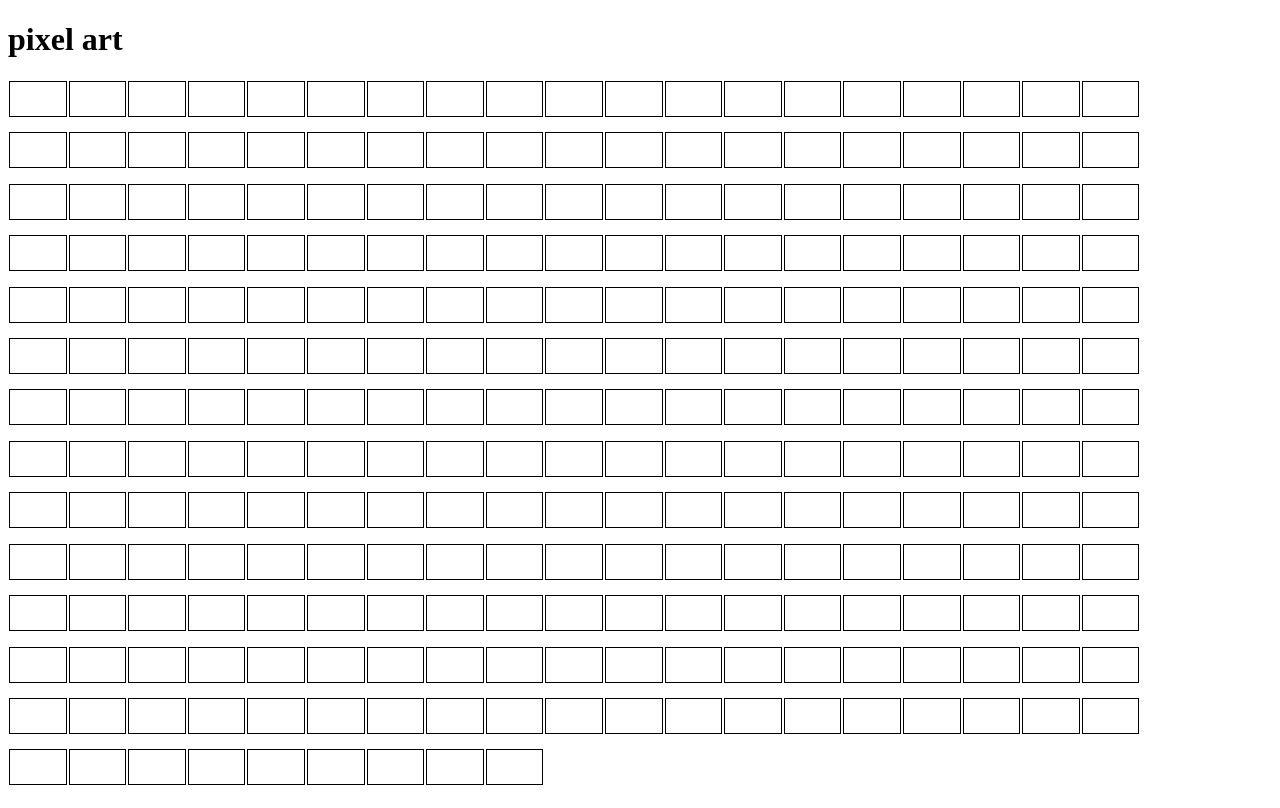
Repository: bechara611/pixelartdb
Page: /
An editor plug-in stored every save of this project. The page is shown before and after the next save, followed by the edit.
The browser window is 1280 px wide. The pictures show the whole page.
The project was rebuilt for these pictures with package versions that can differ from the ones it lists, and the page was loaded fresh each time. Also part of the build but not shown: vite.config.js.

Above is the page before, as saved 2023-03-05 19:47:23.

### src/main.jsx
import React from 'react'
import ReactDOM from 'react-dom/client'
import App from './App'


ReactDOM.createRoot(document.getElementById('root')).render(

    <App />

)

### src/App.jsx

import { useState } from 'react'
import './App.css'
import { Pixel } from './Pixel'

const App=()=> {
const  [pixels, setPixels] = useState(
  Array.from({length:16*16})
)
const funcionArray=(index)=>{
  let nuevoArray = [...pixels]
  console.log(index)
 console.log(!nuevoArray[index])
}

  return (
    <>
      <h1>pixel art</h1>

      <div className="contenedor">
      {
        pixels.map((a,index)=>{
          return <Pixel key={index}
                  funcion={()=>funcionArray(index)}
          ></Pixel>
        })
      }

      </div>
    </>
  )
}

export default App

### src/App.css

.pixel{
  width: calc(100%/20);
  height: calc(100%/20);
  border: 1px solid black;
  margin: 1px;
  box-sizing: border-box;

}
.active{
  background: green;
}

.contenedor{

  display: flex;
  flex-direction: row;
  flex-wrap: wrap;


width: 90vw;
height: 100vh;

}

### src/Pixel.jsx
import React, { useState } from 'react'
import './App.css'
import {selectableGroup, createSelectable} from 'react-selectable-fast'
export const Pixel = (props) => {
    const [isActive, setisActive] = useState(false)
  return (

 <div className={`pixel ${props.active ? 'active' : ''}`} style={{ background:props.active ? props.color : ''}}
 onClick={()=>{
    setisActive(!isActive)
    props.funcion();
}}
onMouseDown={()=>{props.onMouseDown()}}
onMouseUp={()=>{props.onMouseUp()}}
onTouchEnd={()=>{props.onMouseUp()}}
onMouseOver={()=>{props.onMouseOver()}}
onTouchStart={()=>{{
    props.onMouseDown()
    props.onMouseOver()}}}
 >

 </div>
  )
}

Loaded but not shown: index.html (common file)

After the next save:
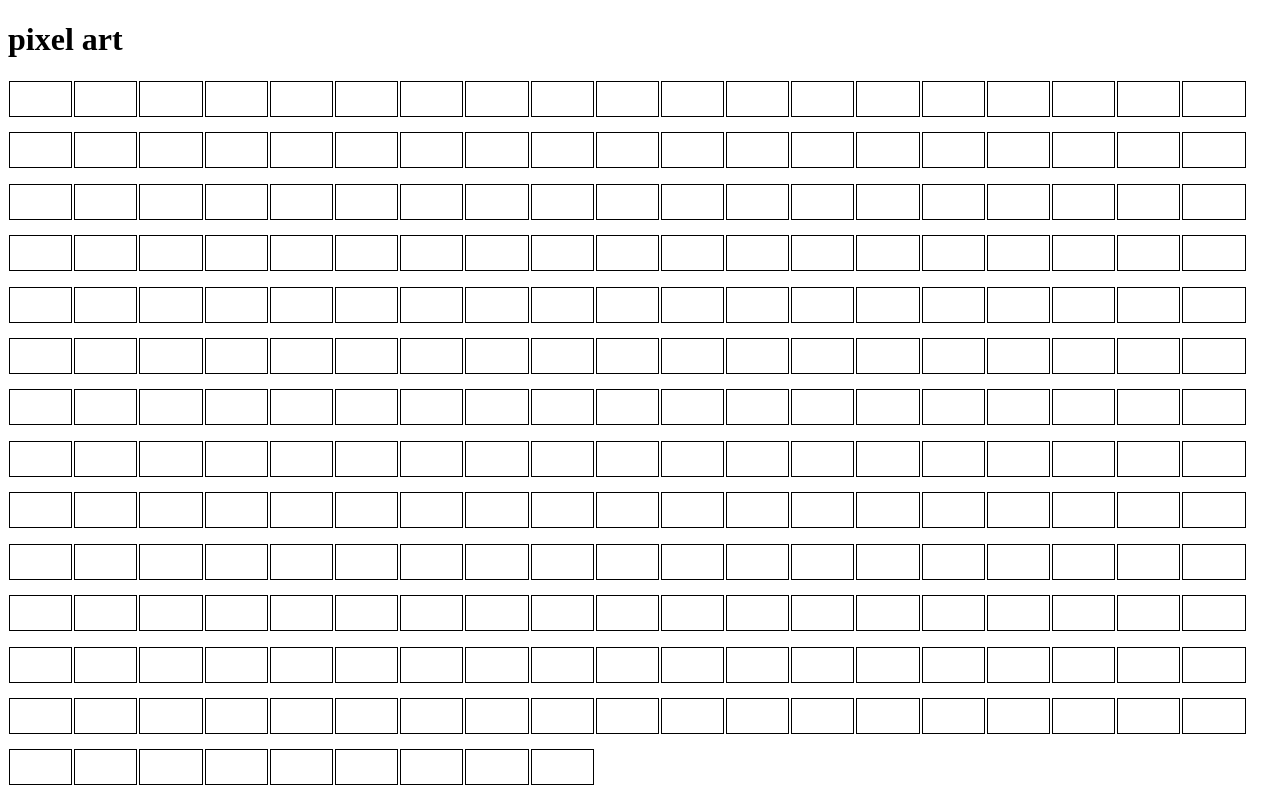
Saved 4 s later.
--- a/src/App.css
+++ b/src/App.css
@@ -18,7 +18,7 @@
   flex-wrap: wrap;
 
 
-width: 90vw;
+width: 90=9vw;
 height: 100vh;
 
 }
